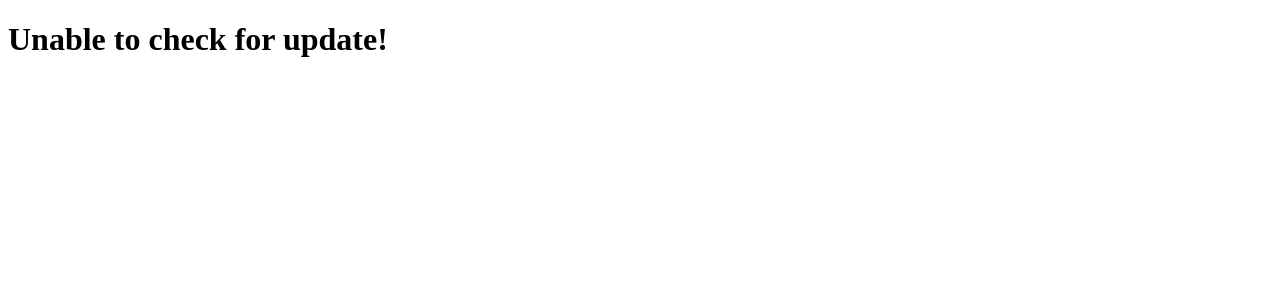
Repository: LingWenXing/java-fundamentals
Page: CarServiceSystem/src/main/webapp/checkUpdateFailure.html
The author's editor kept a copy of each file at every save. The page is drawn from the files as they stood at one save, then again after the next save.
The browser window is 1280 px wide. The pictures show the whole page.

Above is the page before, as saved 2022-04-12 02:21:21.

After the next save:
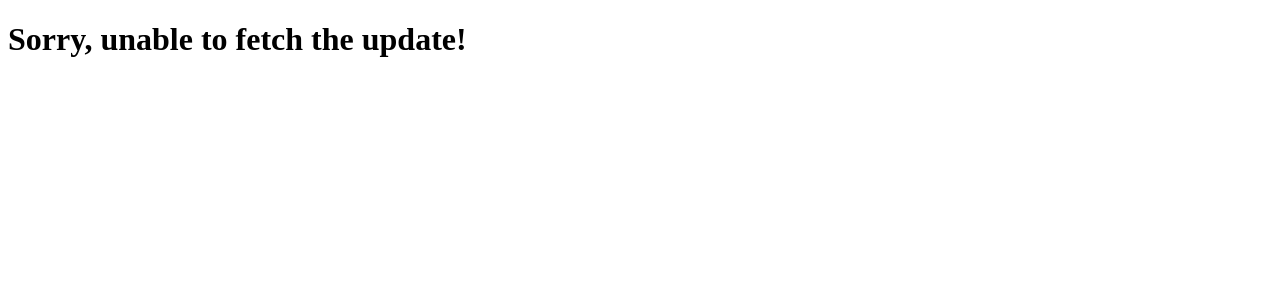
Saved 18 s later.
--- a/CarServiceSystem/src/main/webapp/checkUpdateFailure.html
+++ b/CarServiceSystem/src/main/webapp/checkUpdateFailure.html
@@ -5,6 +5,6 @@
 <title>Check Update Failure</title>
 </head>
 <body>
-<h1>Unable to check for update!</h1>
+<h1>Sorry, unable to fetch the update!</h1>
 </body>
 </html>
